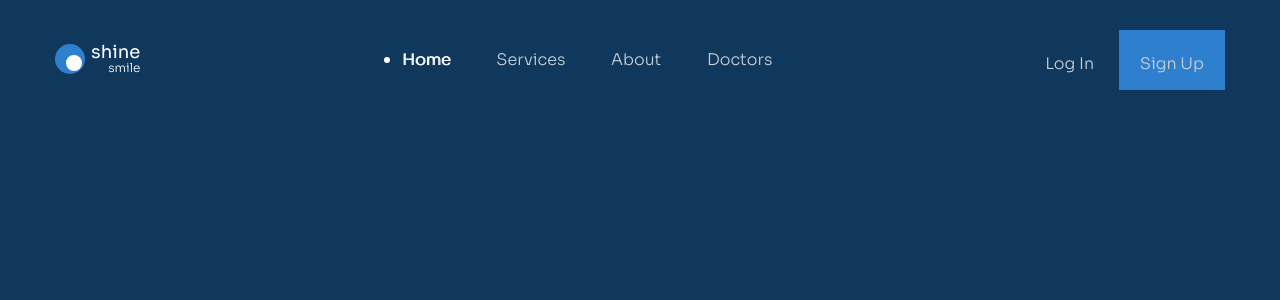
Repository: Tibi2003/f8-htmlcss-03
Page: index.html
These files come from the project's save history. The page is drawn as it stood at one moment and after the next save; the edit follows.
The browser window is 1280 px wide. The pictures show the whole page.

Above is the page before, as saved 2024-04-22 15:15:01.

After the next save:
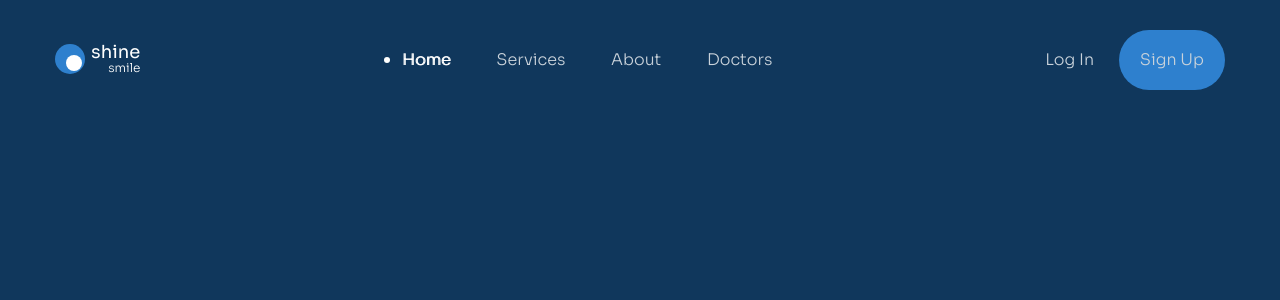
Saved 5 min 3 s later.
--- a/assets/css/styles.css
+++ b/assets/css/styles.css
@@ -30,7 +30,8 @@
 	display: inline-block;
 	height: 60px;
 	padding: 0 20px;
-	line-height: 60px;
+	border-radius: 99px;
+	line-height: 52px;
 	color: #fff;
 	background: #2e80ce;
 }
